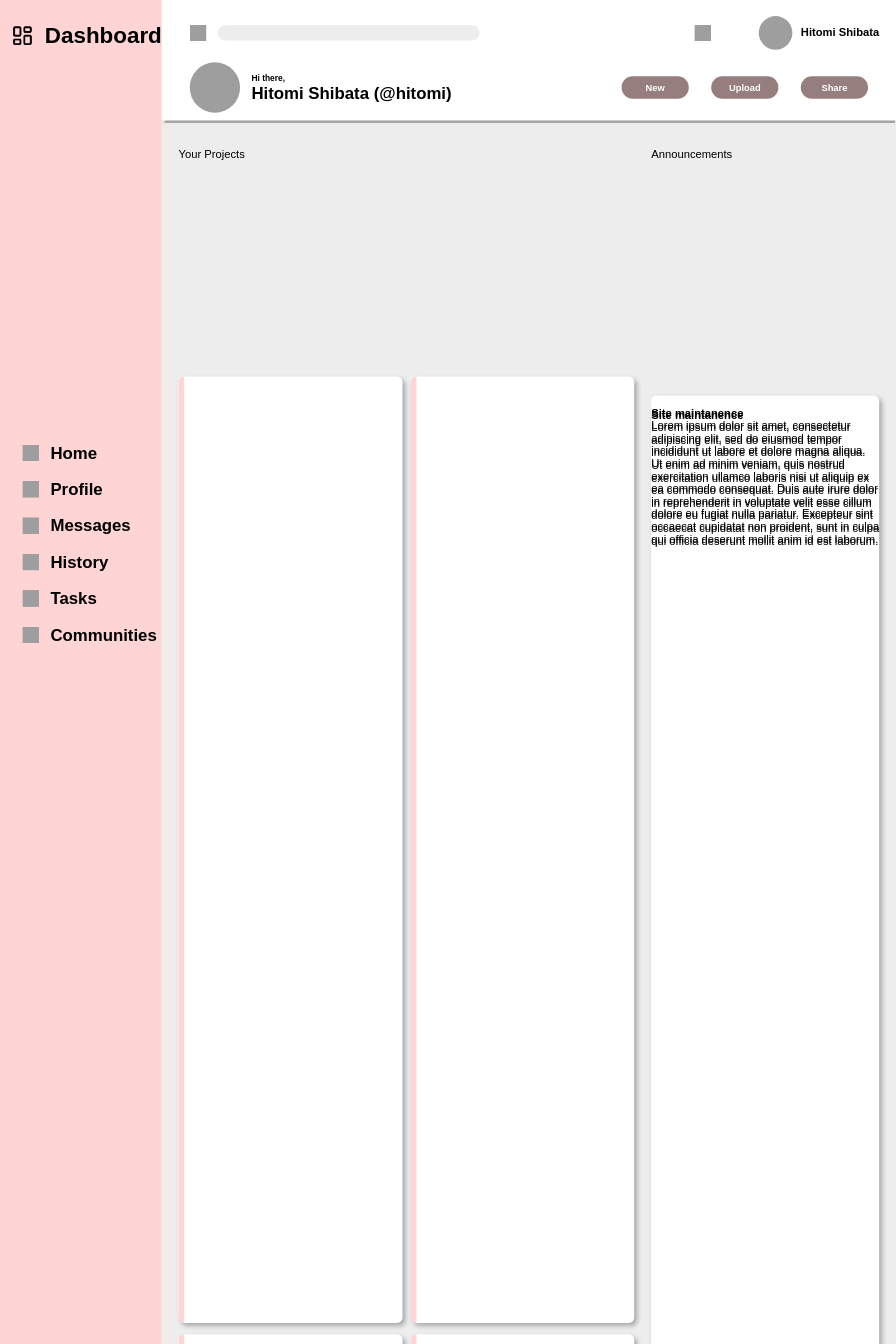
Repository: yeetzpxoci/dashboard
Page: index.html
The author's editor kept a copy of each file at every save. The page is drawn from the files as they stood at one save, then again after the next save.
The browser window is 1280 px wide. The pictures show the part of the page from y = 0 to 1920 px (the page is 4707 px tall before and 937 px after), at 70% of full size.
Pictures or frames that could not be fetched are drawn as grey boxes.

Above is the page before, as saved 2023-02-19 13:54:19.

### index.html
<!DOCTYPE html>
<html lang="en">
<head>
    <meta charset="UTF-8">
    <meta http-equiv="X-UA-Compatible" content="IE=edge">
    <meta name="viewport" content="width=device-width, initial-scale=1.0">
    <link rel="stylesheet" type="text/css" href="styles.css" />
    <title>Dashboard</title>
</head>
<body>
    <div class="sidebar">
        <div class="logo">
            <img src="dashboard-layout.png">
            <p>Dashboard</p>
        </div>

        <div class="icon-container1">
            <div class="icon">
                <img src="https://cdn-icons-png.flaticon.com/512/25/25694.png">
                <p>Home</p>
            </div>

            <div class="icon">
                <img src="https://cdn-icons-png.flaticon.com/512/6522/6522516.png">
                <p>Profile</p>
            </div>

            <div class="icon">
                <img src="https://cdn-icons-png.flaticon.com/512/739/739286.png">
                <p>Messages</p>
            </div>

            <div class="icon">
                <img src="https://cdn-icons-png.flaticon.com/512/32/32223.png">
                <p>History</p>
            </div>

            <div class="icon">
                <img src="https://www.svgrepo.com/show/79174/task-list.svg">
                <p>Tasks</p>
            </div>

            <div class="icon">
                <img src="https://icons.veryicon.com/png/o/business/classic-icon/community-12.png">
                <p>Communities</p>
            </div>
        </div>

        <div class="icon-container2">
            <div class="icon">
                <img src="https://cdn-icons-png.flaticon.com/512/126/126472.png">
                <p>Settings</p>
            </div>

            <div class="icon">
                <img src="https://upload.wikimedia.org/wikipedia/commons/thumb/1/17/FAQ_icon_%28Noun_like%29.svg/1255px-FAQ_icon_%28Noun_like%29.svg.png">
                <p>Support</p>
            </div>

            <div class="icon">
                <img src="https://cdn-icons-png.flaticon.com/512/4104/4104794.png">
                <p>Privacy</p>
            </div>
        </div>
    </div>

    <div class="header">
        <div class="search">
            <img src="https://cdn-icons-png.flaticon.com/512/3917/3917754.png">
            <input class="search-bar">
        </div>

        <img class="notification_icon" src="https://cdn-icons-png.flaticon.com/512/565/565422.png">

        <div class="profile-pic">
        </div>

        <p>Hitomi Shibata</p>

        <div class="user-info">
            <div class="profile-pic">
            </div>
            <p id="losinfo">
                <span style="font-size:12px;">Hi there,</span>
                <br>
                <span style="font-size:24px;">Hitomi Shibata (@hitomi)</span>
            </p>
        </div>
        <button>New</button>
        <button>Upload</button>
        <button>Share</button>
    </div>
    <div class="main-content">
        <div class="projects">
            <p>Your Projects</p>
            <p></p>

            <div class="project">
                <div class="line">
                </div>
            </div>

            <div class="project">
                <div class="line">
                </div>
            </div>

            <div class="project">
                <div class="line">
                </div>
            </div>

            <div class="project">
                <div class="line">
                </div>
            </div>

            <div class="project">
                <div class="line">
                </div>
            </div>

            <div class="project">
                <div class="line">
                </div>
            </div>
        </div>
        <div class="announcements-container">
            <p>Announcements</p>
            <div class="announcements">
                <p class="announcement">
                    <span style="font-weight: bold;">Site maintanence</span> <br>
                    <span>Lorem ipsum dolor sit amet, consectetur adipiscing elit, sed do eiusmod tempor incididunt ut labore et dolore magna
                    aliqua. Ut enim ad minim veniam, quis nostrud exercitation ullamco laboris nisi ut aliquip ex ea commodo consequat. Duis
                    aute irure dolor in reprehenderit in voluptate velit esse cillum dolore eu fugiat nulla pariatur. Excepteur sint
                    occaecat cupidatat non proident, sunt in culpa qui officia deserunt mollit anim id est laborum.</span>
                </p>
                <p class="announcement">
                    <span style="font-weight: bold;">Site maintanence</span> <br>
                    <span>Lorem ipsum dolor sit amet, consectetur adipiscing elit, sed do eiusmod tempor incididunt ut labore et dolore
                        magna
                        aliqua. Ut enim ad minim veniam, quis nostrud exercitation ullamco laboris nisi ut aliquip ex ea commodo
                        consequat. Duis
                        aute irure dolor in reprehenderit in voluptate velit esse cillum dolore eu fugiat nulla pariatur. Excepteur sint
                        occaecat cupidatat non proident, sunt in culpa qui officia deserunt mollit anim id est laborum.</span>
                </p>
            </div>
        </div>
        <div class="trending-container">
            <p>Trending</p>
            <div class="trending">
                <div class="trend">
                    <div class="profile-pic">
                    </div>
                    <p>
                    <span class="tag">@hitomi</span> <br>
                    <span class="occupation">Educational Science Master</span>
                    </p>
                </div>
                <div class="trend">
                    <div class="profile-pic">
                    </div>
                    <p>
                        <span class="tag">@yeet</span> <br>
                        <span class="occupation">Computer Science</span>
                    </p>
                </div>
                <div class="trend">
                    <div class="profile-pic">
                    </div>
                    <p>
                        <span class="tag">@nanaka</span> <br>
                        <span class="occupation">Traveling</span>
                    </p>
                </div>
                <div class="trend">
                    <div class="profile-pic">
                    </div>
                    <p>
                        <span class="tag">@dog</span> <br>
                        <span class="occupation">woof</span>
                    </p>
                </div>
            </div>
        </div>
    </div>
</body>
</html>

### styles.css
html,
body {
    margin: 0;
    padding: 0;
    height: 100%;
}

body {
    min-height: 100vh;
    display: grid;
    grid-template-columns: 1fr 5fr;
    grid-template-rows: 1fr 4fr;
    font-family: Arial, Helvetica, sans-serif;
}

.sidebar {
    background-color: #FFD4D4;
    grid-column: 1 / 2;
    grid-row: 1 / 3;
    display: grid;
    grid-template-rows: 0.75fr 2fr 1fr 2fr;
    padding-left: 16px;
    gap: 32px;
    z-index: 2;
}

.icon-container1 {
    display: flex;
    flex-direction: column;
}

.icon-container2 {
    display: flex;
    flex-direction: column;
}

.logo, .icon {
    display: flex;
    align-items: center;
    font-weight: bold;
    gap: 16px;
}

.logo {
    font-size: 32px;
    align-self: baseline;
}

.icon {
    margin-top: -24px;
    font-size: 24px;
    margin-left: 16px;
}

.logo img {
    width: 32px;
    height: 32px;
}

.icon img {
    width: 24px;
    height: 24px;
}


.header {
    background-color: white;
    grid-column: 2 / 3;
    grid-row: 1 / 2;
    display: grid;
    grid-template-columns: 13fr 1fr 1fr 2fr;
    grid-template-rows: 1fr 1fr;
    padding-right: 24px;
    box-shadow: 0px 4px 2px rgb(0, 0, 0, 0.3);
    z-index: 1;
    padding: 8px;
}

.search {
    display: flex;
    justify-content: flex-start;
    align-items: center;
    gap: 16px;
    margin-left: 32px;
}

.search img{
    width: 24px;
    height: 24px;
}

.search input {
    width: 60%;
    border-radius: 12px;
    border-width: 0px;
    background-color: #eeeded;
    height: 25%;
}

.notification_icon {
    width: 24px;
    height: 24px;
    align-self: center;
    justify-self: end;
}

.profile-pic {
    border-radius: 50%;
    background-image: url("https://i.pinimg.com/originals/49/c0/e8/49c0e871fbe0be71396aa94fe1d93ddc.jpg");
    background-position: center;
    background-size: cover;
    background-repeat: no-repeat;
    overflow: hidden;
}

.header > .profile-pic {
    width: 48px;
    height: 48px;
    align-self: center;
    justify-self: end;
    margin-right: 12px;
}

.user-info {
    display: flex;
    gap: 16px;
}

.user-info > .profile-pic {
    width: 72px;
    height: 72px;
    margin-left: 32px;
    align-self: center;
}

.header p {
    align-self: center;
    font-weight: bolder;
    justify-self: baseline;
}

button {
    height: 40%;
    width: 96px;
    align-self: center;
    justify-self: baseline;
    background-color: #977e7e;
    border-radius: 24px;
    border-width: 0px;
    color: white;
    margin-right: 32px;
    font-weight: bold;
}

.main-content {
    background-color: #eeeded;
    grid-column: 2 / 3;
    grid-row: 2 / 3;
    padding-left: 24px;
    padding-right: 24px;
    padding-top: 24px;
    padding-bottom: 64px;
    display: grid;
    grid-template-columns: 2fr 1fr;
    grid-template-rows: 1fr 1fr     ;
    gap: 24px;
}

.projects {
    width: 100%;
    display: grid;
    grid-template-columns: repeat(2, 1fr);
    grid-template-rows: 1fr 4fr 4fr 4fr;
    grid-gap: 0px 12px;
    grid-column: 1 / 2;
    grid-row: 1 / 3;
}

.project {
    background-color: white;
    border-radius: 8px;
    box-shadow: 4px 4px 8px rgb(0, 0, 0, 0.3);
    overflow: hidden;
}

.project:nth-child(3), .project:nth-child(4), .project:nth-child(5), .project:nth-child(6) {
    margin-bottom: 16px;
}

.line {
    background-color: #FFD4D4;
    width: 2.5%;
    height: 100%;
}


.announcements-container {
    width: 100%;
    height: 100%;
    display: grid;
    grid-template-rows: 1fr 5fr;
    grid-row: 1 / 2;
}

.announcements {
    width: 100%;
    height: 100%;
    background-color: white;
    border-radius: 8px;
    box-shadow: 4px 4px 8px rgb(0, 0, 0, 0.3);
    display: grid;
    grid-template-rows: 3px 1fr 3fr 1fr 3fr;
}


.trending-container {
    width: 100%;
    height: 100%;
    display: grid;
    grid-row: 2 / 3;
    grid-template-rows: 1fr 5fr;
}

.trending {
    width: 100%;
    height: 100%;
    display: grid;
    grid-template-rows: 1fr 1fr 1fr;
    background-color: white;
    border-radius: 8px;
    box-shadow: 4px 4px 8px rgb(0, 0, 0, 0.3);
    grid-template-rows: 1fr 1fr 1fr 1fr;
}

.trend {
    display: grid;
    grid-template-columns: 1fr 4fr;
    align-items: center;
}

.trend>.profile-pic {
    width: 54px;
    height: 54px;
    justify-self: center;
}

.trend:nth-child(2) > .profile-pic {
    background-image: url("https://i.pinimg.com/736x/4f/7e/f5/4f7ef5f81ca49f259e9cbfd3852907ef.jpg");
}

.trend:nth-child(3)>.profile-pic {
    background-image: url("https://c4.wallpaperflare.com/wallpaper/531/1007/739/dogs-funny-puppies-shiba-inu-1067x853-animals-dogs-hd-art-wallpaper-preview.jpg");
}

.trend:nth-child(4)>.profile-pic {
    background-image: url("https://preview.redd.it/dmpz8m79juy61.jpg?auto=webp&s=dfe23515a2344903a0aaa0ddb53cea3ec666cb84");
}

.tag {
    font-weight: bolder;
}

.occupation {
    color: #6b6b6b;
}

After the next save:
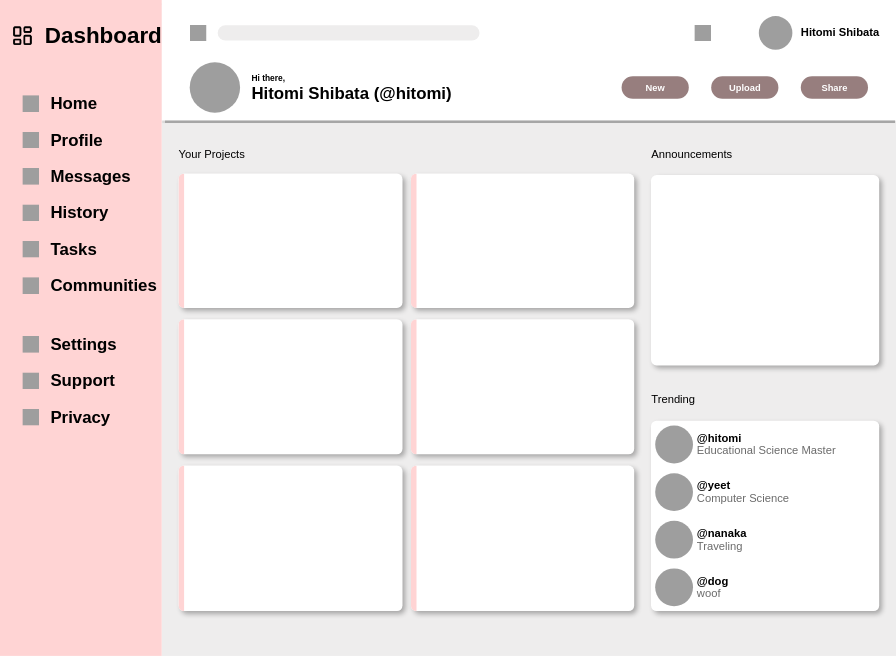
Saved 10 s later.
--- a/index.html
+++ b/index.html
@@ -128,22 +128,7 @@
         <div class="announcements-container">
             <p>Announcements</p>
             <div class="announcements">
-                <p class="announcement">
-                    <span style="font-weight: bold;">Site maintanence</span> <br>
-                    <span>Lorem ipsum dolor sit amet, consectetur adipiscing elit, sed do eiusmod tempor incididunt ut labore et dolore magna
-                    aliqua. Ut enim ad minim veniam, quis nostrud exercitation ullamco laboris nisi ut aliquip ex ea commodo consequat. Duis
-                    aute irure dolor in reprehenderit in voluptate velit esse cillum dolore eu fugiat nulla pariatur. Excepteur sint
-                    occaecat cupidatat non proident, sunt in culpa qui officia deserunt mollit anim id est laborum.</span>
-                </p>
-                <p class="announcement">
-                    <span style="font-weight: bold;">Site maintanence</span> <br>
-                    <span>Lorem ipsum dolor sit amet, consectetur adipiscing elit, sed do eiusmod tempor incididunt ut labore et dolore
-                        magna
-                        aliqua. Ut enim ad minim veniam, quis nostrud exercitation ullamco laboris nisi ut aliquip ex ea commodo
-                        consequat. Duis
-                        aute irure dolor in reprehenderit in voluptate velit esse cillum dolore eu fugiat nulla pariatur. Excepteur sint
-                        occaecat cupidatat non proident, sunt in culpa qui officia deserunt mollit anim id est laborum.</span>
-                </p>
+
             </div>
         </div>
         <div class="trending-container">
